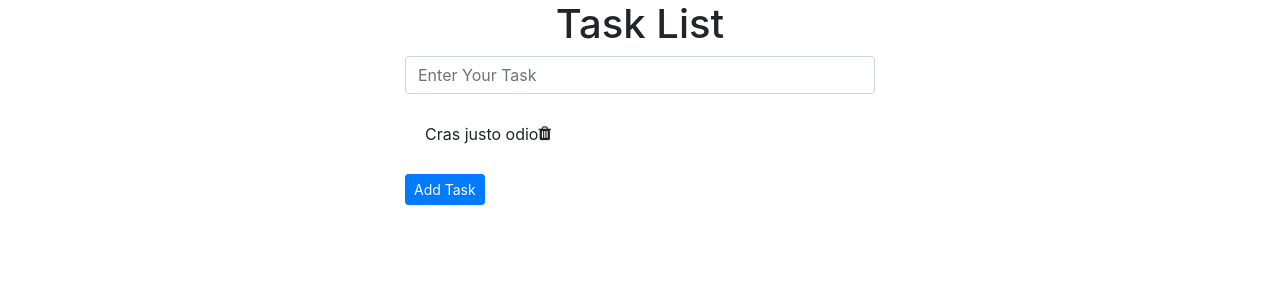
Repository: hoangphuong965/todolist
Page: index.html
These files come from the project's save history. The page is drawn as it stood at one moment and after the next save; the edit follows.
The browser window is 1280 px wide. The pictures show the whole page.

Above is the page before, as saved 2020-09-04 14:38:27.

### index.html
<!DOCTYPE html>
<html lang="en">

<head>
     <meta charset="UTF-8">
     <meta name="viewport" content="width=device-width, initial-scale=1.0">
     <title>Document</title>
     <link rel="stylesheet" href="https://stackpath.bootstrapcdn.com/bootstrap/4.3.1/css/bootstrap.min.css"
          integrity="sha384-ggOyR0iXCbMQv3Xipma34MD+dH/1fQ784/j6cY/iJTQUOhcWr7x9JvoRxT2MZw1T" crossorigin="anonymous">
     <link rel="stylesheet" href="https://maxcdn.bootstrapcdn.com/font-awesome/4.7.0/css/font-awesome.min.css">
     <link rel="stylesheet" href="style.css">
</head>

<body>
     <div class="container">
          <h1 class="text-center">Task List</h1>
          <form class="form">
               <div class="form-group ">
                    <input type="text" class="form-control" style="outline-color: black;" placeholder="Enter Your Task">
               </div>
               <div class="list">
                    <ol class="list-group list-group-flush">
                         <li class="list-group-item grid">
                              <p>Cras justo odio</p>
                              <i class="fa fa-trash trash" aria-hidden="true"></i>
                         </li>
                    </ol>
               </div>
               <button type="submit" class="btn btn-primary btn-sm">Add Task</button>
          </form>
     </div>
     <script src="app.js"></script>
</body>

</html>

### style.css
.container{
     width: 500px;
}
.grid {
  display: flex;
  justify-content: ;
}
i{
     margin-top: 3px;
     text-align: right;
}
.trash{
cursor: pointer;
}

### app.js
const input = document.querySelector("input");
let html = document.querySelector(".list");
const trash = document.querySelector("i");

const form = document.querySelector(".form");
form.addEventListener("submit", (e) => {
  e.preventDefault();
  add();
});

const add = () => {
  if (input.value === "") {
    alerts();
    return;
  } else {
    let ul = `
          <ol class="list-group list-group-flush ">
               <li class="list-group-item grid">
                    <p>${input.value}</p>
                    <i class="fa fa-trash" aria-hidden="true"></i>
               </li>
          </ol>
     `;
    input.value = "";
    html.innerHTML += ul;
  }
};

const alerts = () => {
  window.alert("điền vào ô trống");
};

After the next save:
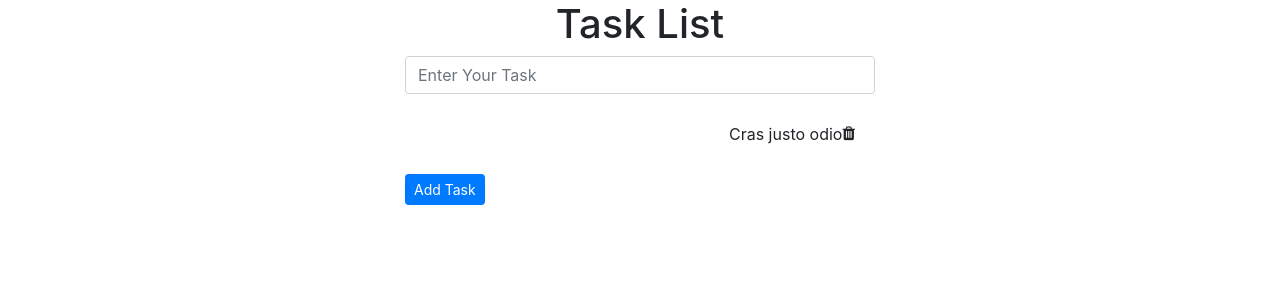
Saved 7 s later.
--- a/style.css
+++ b/style.css
@@ -3,7 +3,7 @@
 }
 .grid {
   display: flex;
-  justify-content: ;
+  justify-content: right;
 }
 i{
      margin-top: 3px;
